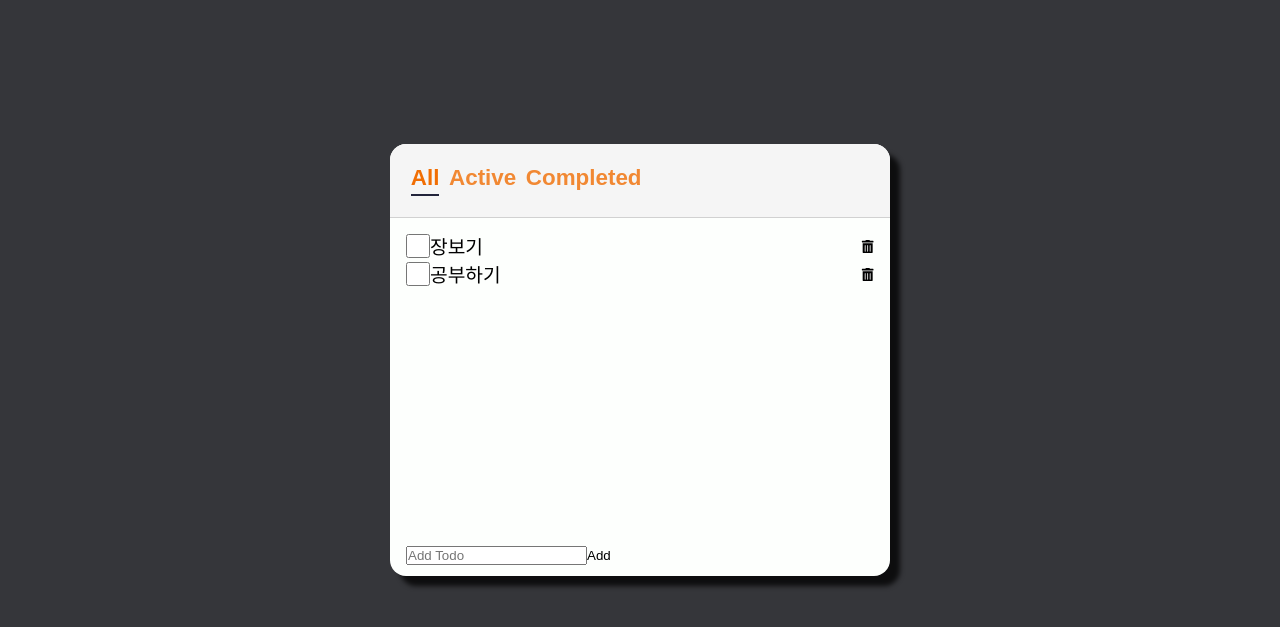
Repository: MrJinkyu/TodoList
Page: /
An editor plug-in stored every save of this project. The page is shown before and after the next save, followed by the edit.
The browser window is 1280 px wide. The pictures show the whole page.
The project was rebuilt for these pictures with package versions that can differ from the ones it lists, and the page was loaded fresh each time.

Above is the page before, as saved 2023-05-01 14:49:10.

### src/index.css
:root{
  --color-body: #35363A;
  --color-bg-dark:#f5f5f5;
  --color-bg: #fdfffd;
  --color-grey: #d1d1d1;
  --color-text: #22243b;
  --color-accent: #f16e03;
  --color-white: white;
  --color-scrollbar: #aaa7a7;
}

*{
  box-sizing: border-box;
  padding: 0;
  margin: 0;
}

button{
  border: none;
  outline: none;
  cursor: pointer;
  background-color: transparent;
}

ul,li{
  list-style: none;
}

body {
  margin: 0;
  font-family: -apple-system, BlinkMacSystemFont, 'Segoe UI', 'Roboto', 'Oxygen',
    'Ubuntu', 'Cantarell', 'Fira Sans', 'Droid Sans', 'Helvetica Neue',
    sans-serif;
  -webkit-font-smoothing: antialiased;
  -moz-osx-font-smoothing: grayscale;
  width: 100vw;
  height: 100vh;
  display: flex;
  justify-content: center;
  align-items: center;
  background-color: var(--color-body);
  font-size: 1.2rem;
  accent-color: var(--color-accent);
}

#root{
  overflow: hidden;
  display: flex;
  flex-direction: column;
  width: 100%;
  height: 60%;
  max-width: 500px;
  background-color: var(--color-bg);
  border-radius: 1rem;
  box-shadow: 10px 10px 5px 0px rgba(0,0,0,0.75);
-webkit-box-shadow: 10px 10px 5px 0px rgba(0,0,0,0.75);
-moz-box-shadow: 10px 10px 5px 0px rgba(0,0,0,0.75);
}

code {
  font-family: source-code-pro, Menlo, Monaco, Consolas, 'Courier New',
    monospace;
}

### src/App.js
import { useState } from "react";
import TodoList from "./components/TodoList";
import Header from "./components/Header";

const filters = ['all', 'active', 'completed'];
function App() {
  const [filter, setFilter] = useState(filters[0]);
  return (
    <>
      <Header filters={filters} filter={filter} onFilterChange={setFilter}/>
      <TodoList filter={filter}/>
    </>
  );
}

export default App;

### src/components/TodoList.jsx
import React, { useState } from 'react';
import {v4 as uuidv4} from 'uuid';
import AddTodo from './AddTodo';
import Todo from './Todo';
import styles from './TodoList.module.css';

export default function TodoList({filter}) {
    const [todos, setTodos] = useState([
        { id: uuidv4(), text: '장보기', status: 'active' },
        { id: uuidv4(), text: '공부하기', status: 'active' }
    ]);
    const handleAdd = (todo) => {
        setTodos([...todos, todo]);
    }
    const handleUpdate = (updated) => {
        setTodos(todos.map((todo) => todo.id === updated.id ? updated : todo));
    }
    const handleDelete = (deleted) => {
        setTodos(todos.filter((todo) => todo.id !== deleted.id));
    }
    const filtered = getFilteredItems(todos, filter);
    return (
        <section className={styles.container}>
            <ul className={styles.list}>
                {filtered.map((item) => (
                    <Todo
                        key={item.id}
                        todo={item}
                        onUpdate={handleUpdate}
                        onDelete={handleDelete}
                    />
                ))}
            </ul>
            <AddTodo onAdd={handleAdd}/>
        </section>
    );
}

function getFilteredItems(todos, filter){
    if(filter === 'all'){
        return todos;
    }
    return todos.filter((todo) => todo.status === filter);
}

### src/components/Header.jsx
import React from 'react';
import styles from './Header.module.css';

export default function Header({filters, filter, onFilterChange}) {
    return (
        <header className={styles.header}>
            <ul className={styles.filters}>
                {filters.map((value,index) => (
                    <li key={index}>
                        <button
                            onClick={() => onFilterChange(value)}
                            className={`${styles.filter} ${filter === value && styles.selected}`}
                        >
                            {value}
                        </button>
                    </li>
                ))}
            </ul>
        </header>
    );
}

### src/components/AddTodo.jsx
import React, { useState } from 'react';
import {v4 as uuidv4} from 'uuid';

export default function AddTodo({onAdd}) {
    const [text, setText] = useState('');
    const handleChange = (e) => {
        setText(e.target.value);
    }
    const handleSubmit = (e) => {
        e.preventDefault();
        if(text.trim().length === 0){
            return ;
        }
        onAdd({ id: uuidv4(), text, status: 'active' });
        setText('');
    }
    return (
        <form onSubmit={handleSubmit}>
            <input
                type="text"
                value={text}
                onChange={handleChange}
                placeholder='Add Todo'
            />
            <button>Add</button>
        </form>
    );
}

### src/components/Todo.jsx
import React from 'react';
import { FaTrashAlt } from 'react-icons/fa';
import styles from './Todo.module.css';

export default function Todo({todo, onUpdate, onDelete}) {
    const { id, text, status } = todo;
    const handleChange = (e) => {
        const status = e.target.checked ? 'completed' : 'active';
        onUpdate({...todo, status});
    }
    return (
        <li className={styles.todo}>
            <input
                className={styles.checkbox}
                type="checkbox"
                name="checkbox"
                id={id}
                checked={status === 'completed'}
                onChange={handleChange}
            />
            <label className={styles.text} htmlFor={id}>{text}</label>
            <span>
                <button className={styles.button} onClick={() => onDelete(todo)}>
                    <FaTrashAlt/>
                </button>
            </span>
        </li>
    );
}

### src/components/TodoList.module.css
.container{
    height: 100%;
    display: flex;
    flex-direction: column;
    padding: 0.7rem 1rem;
    margin-top: 0.2rem;
}

.list{
    flex: 1 1 auto;
}

### src/components/Header.module.css
.header{
    background-color: var(--color-bg-dark);
    display: flex;
    justify-content: space-between;
    align-items: center;
    padding: 1rem;
    border-bottom: 1px solid var(--color-grey);
}

.filters{
    display: flex;
}

.filter{
    margin: 0.3rem;
    font-size: 1.4rem;
    color: var(--color-accent);
    font-weight: bold;
    opacity: 0.8;
    text-transform: capitalize;
}

.filter:hover,
.filter.selected{
    opacity: 1;
}

.filter.selected::after{
    content: '';
    display: block;
    margin-top: 0.2rem;
    border: 1px solid var(--color-text);
}

### src/components/Todo.module.css
.todo{
    display: flex;
    justify-content: space-between;
    align-items: center;
}

.checkbox{
    width: 1.5rem;
    height: 1.5rem;
}

.text{
    flex: 1 1 0%;
}

.button{

}

Loaded but not shown: public/index.html (common file); src/index.js (common file); src/reportWebVitals.js (common file)

After the next save:
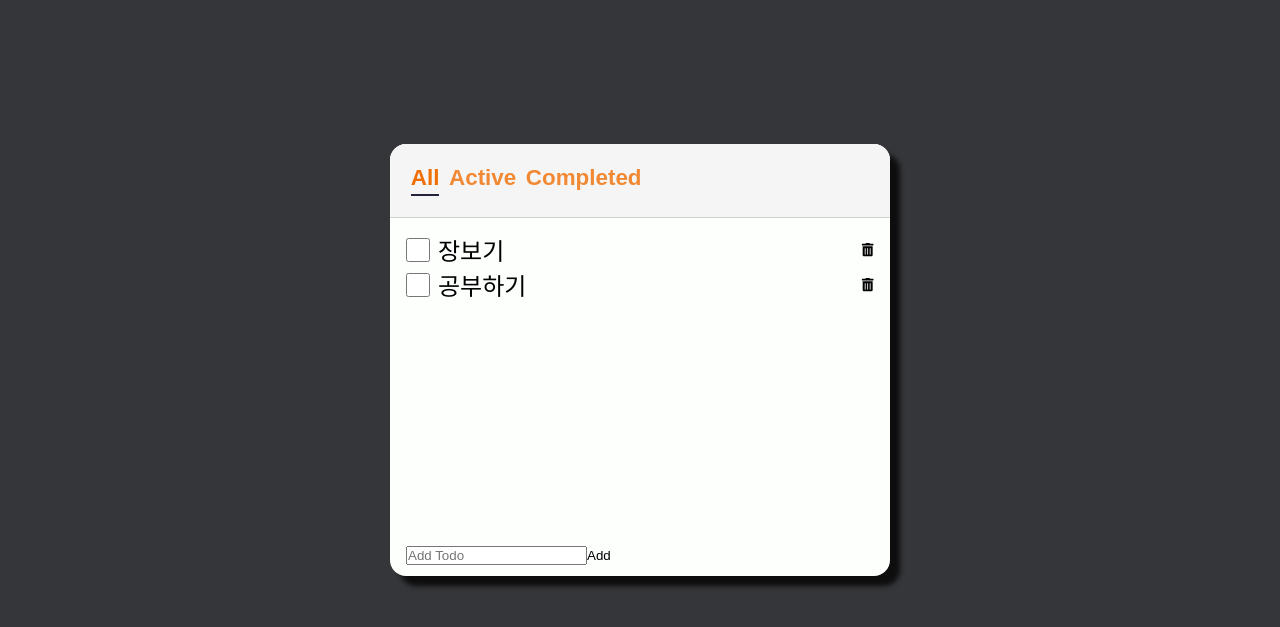
Saved 8 s later.
--- a/src/components/Todo.module.css
+++ b/src/components/Todo.module.css
@@ -11,6 +11,8 @@
 
 .text{
     flex: 1 1 0%;
+    margin-left: 0.5rem;
+    font-size: 1.5rem;
 }
 
 .button{
